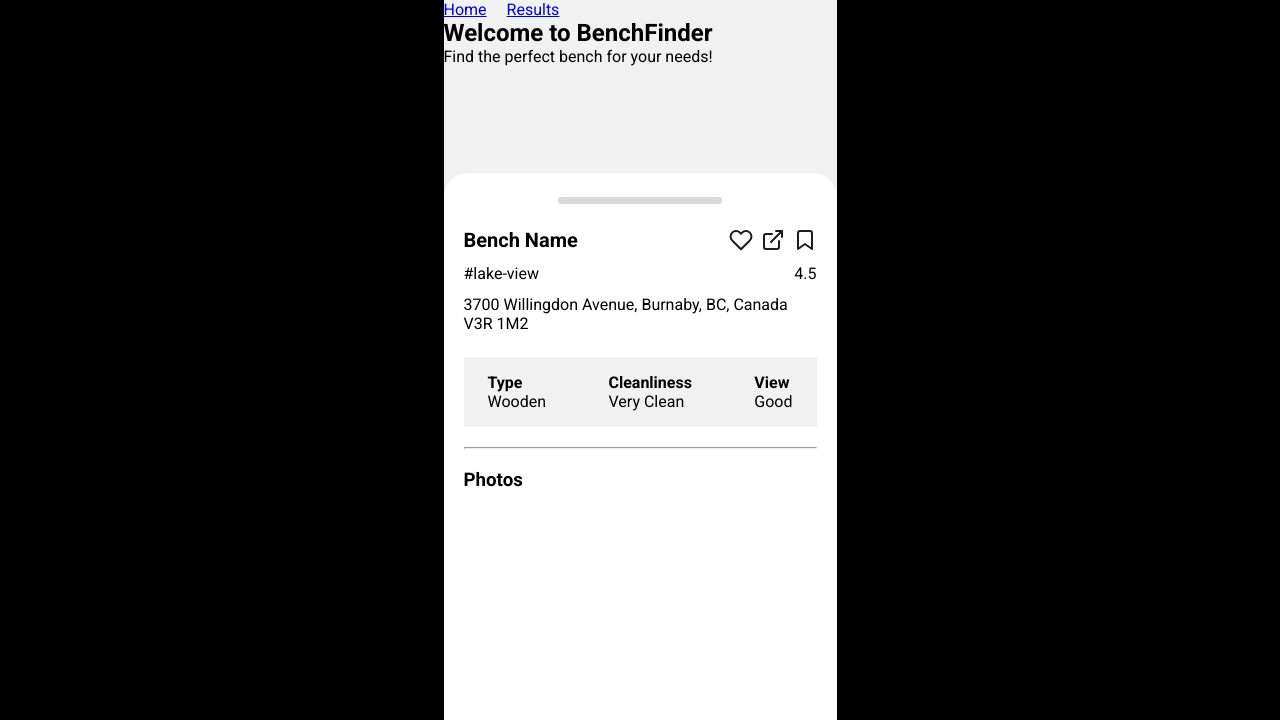
Repository: HidayatPatil/BenchFinder
Page: /
An editor plug-in stored every save of this project. The page is shown before and after the next save, followed by the edit.
The browser window is 1280 px wide. The pictures show the whole page.
The project was rebuilt for these pictures with package versions that can differ from the ones it lists, and the page was loaded fresh each time. Also part of the build but not shown: vite.config.js, src/Results.jsx.

Above is the page before, as saved 2025-10-09 21:34:49.

### index.html
<!doctype html>
<html lang="en">
  <head>
    <meta charset="UTF-8" />
    <link rel="icon" type="image/svg+xml" href="/vite.svg" />
    <meta name="viewport" content="width=device-width, initial-scale=1.0" />
    <title>benchfinder</title>
  </head>
  <body>
    <div id="root"></div>
    <script type="module" src="/src/main.jsx"></script>
  </body>
</html>

### src/index.css
@import url('https://fonts.googleapis.com/css2?family=Roboto:wght@400;700&display=swap');

/* Reset default margins and padding */
* {
    margin: 0;
    padding: 0;
    box-sizing: border-box;
}

body, html {
    width: 100%;
    height: 100%;
    overflow: hidden;
    background-color: black;
    display: flex;
    justify-content: center;
    align-items: center;
    font-family: 'Roboto', sans-serif;
}

#root {
    width: 393px;
    min-width: 320px;
    max-width: 425px;
    height: 100vh;
    background-color: rgb(0, 0, 0);
    position: relative;
}

.app_body {
    width: 393px;
    min-width: 320px;
    max-width: 425px;
    height: 100%;
    background-color: #F1F1F1;
    margin: 0 auto;
    position: relative;
}

.drawer_container {
    height: 547px;
    position: absolute;
    bottom: 0;
    padding: 0 20px;
    background-color: #FFFFFF;
    border-radius: 24px 24px 0 0;
}

.drawer_handle {
    width: 164px;
    height: 7px;
    border-radius: 100px;
    background-color: #D9D9D9;
    margin: 24px auto;
}

.bench_data {
    display: flex;
    flex-direction: column;
    gap: 20px;
}

.bench_information {
    display: flex;
    flex-direction: column;
    gap: 24px;
}

.data_metadata {
    display: flex;
    flex-direction: column;
    gap: 12px;
}

.metadata_name_options {
    display: flex;
    justify-content: space-between;
    align-items: center;

    h2 {
        font-size: 20px;
        font-weight: 600;
    }

    .bench_metadata_options {
        display: flex;
        gap: 8px;
    }

    .option_icons {
        height: 24px;
        width: 24px;
        color: #1C1B1F;
    }
}

.metadata_tags_rating {
    display: flex;
    justify-content: space-between;
    align-items: center;
}

.data_bench_overview {
    display: flex;
    justify-content: space-between;
    align-items: center;
    background-color: #F1F1F1;
    padding: 16px 24px;

}

### src/App.jsx
import { Routes, Route, Link } from 'react-router-dom'
import Result from './Results'
import Home from './Home'

export default function App(){
  return (
    <div className="app_body">
      {/* <h1 className="container">BenchFinder App</h1> */}
      <nav>
        <Link to="/" style={{ marginRight: '20px' }}>Home</Link>
        <Link to="/results">Results</Link>
      </nav>

      <Routes>
        <Route path="/" element={<Home />} />
        <Route path="/results" element={<Result />} />
      </Routes>
    </div>
  )
}

### src/Home.jsx
import ContentDrawer from "./components/contentDrawer"

export default function Home() {
  return (
    <div>
      <h2>Welcome to BenchFinder</h2>
      <p>Find the perfect bench for your needs!</p>
      <div className="google_maps">
        <img />
      </div>
      <ContentDrawer />
    </div>
  )
}

### src/components/contentDrawer.jsx
import { FiHeart } from "react-icons/fi";
import { FiExternalLink } from "react-icons/fi";
import { FiBookmark } from "react-icons/fi";
import { IconContext } from "react-icons";

export default function ContentDrawer() {
  return (
    <div className="drawer_container">
      <div className="drawer_handle"></div>
      <div className="bench_data"> {/* main container holding data */}
        <div className="bench_information">  {/* section above the line break */}
          <div className="data_metadata">
            <div className="metadata_name_options">
              <h2>Bench Name</h2>
              <div className="bench_metadata_options">
                <IconContext.Provider value={{ className: "option_icons" }}>
                  <FiHeart />
                  <FiExternalLink />
                  <FiBookmark />
                </IconContext.Provider>
              </div>
            </div>
            <div className="metadata_tags_rating">
              <div className="bench_tags">#lake-view</div>
              <div className="bench_rating">4.5</div>
            </div>
            <p className="metadata_address">
              3700 Willingdon Avenue, Burnaby, BC, Canada V3R 1M2
            </p>
          </div>
          <div className="data_bench_overview">
            <div className="bench_type">
              <h4 className="overview_title">Type</h4>
              <p className="overview_content">Wooden</p>
            </div>
            <span className="box_data_seperators"/>
            <div className="bench_cleanliness">
              <h4 className="overview_title">Cleanliness</h4>
              <p className="overview_content">Very Clean</p>
            </div>
            <span className="box_data_seperators"/>
            <div className="bench_view">
              <h4 className="overview_title">View</h4>
              <p className="overview_content">Good</p>
            </div>
          </div>
        </div>
        <hr /> {/* line break */}
        <div className="bench_photos">
          <div className="photos_heading">
            <h3>Photos</h3>
            {/* <img "add plus icon" />  */}
          </div>
          <div className="photos_gallery">
            <div className="gallery_image"></div>
            <div className="gallery_image"></div>
            <div className="gallery_image"></div>
          </div>
        </div>
      </div>
    </div>
  );
}

Loaded but not shown: src/main.jsx (common file)

After the next save:
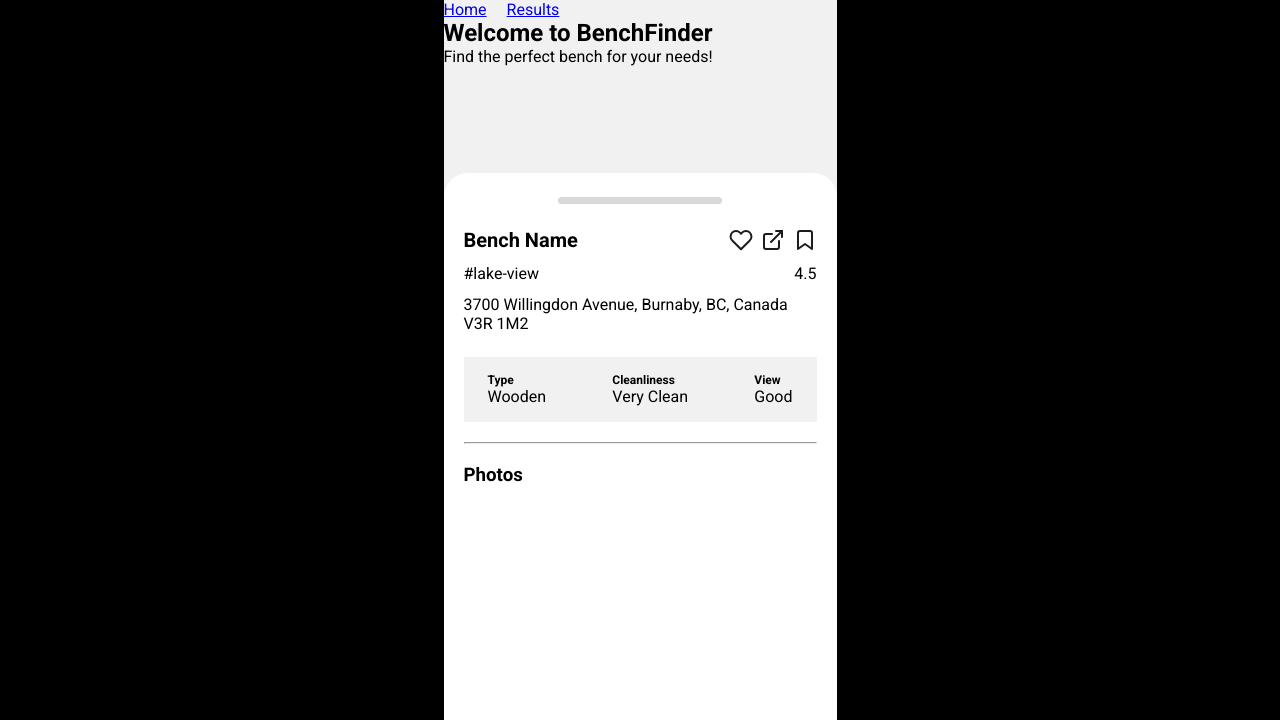
Saved 35 s later.
--- a/src/index.css
+++ b/src/index.css
@@ -107,4 +107,7 @@ body, html {
     background-color: #F1F1F1;
     padding: 16px 24px;
 
+    .overview_title {
+        font-size: 12px;
+    }
 }
